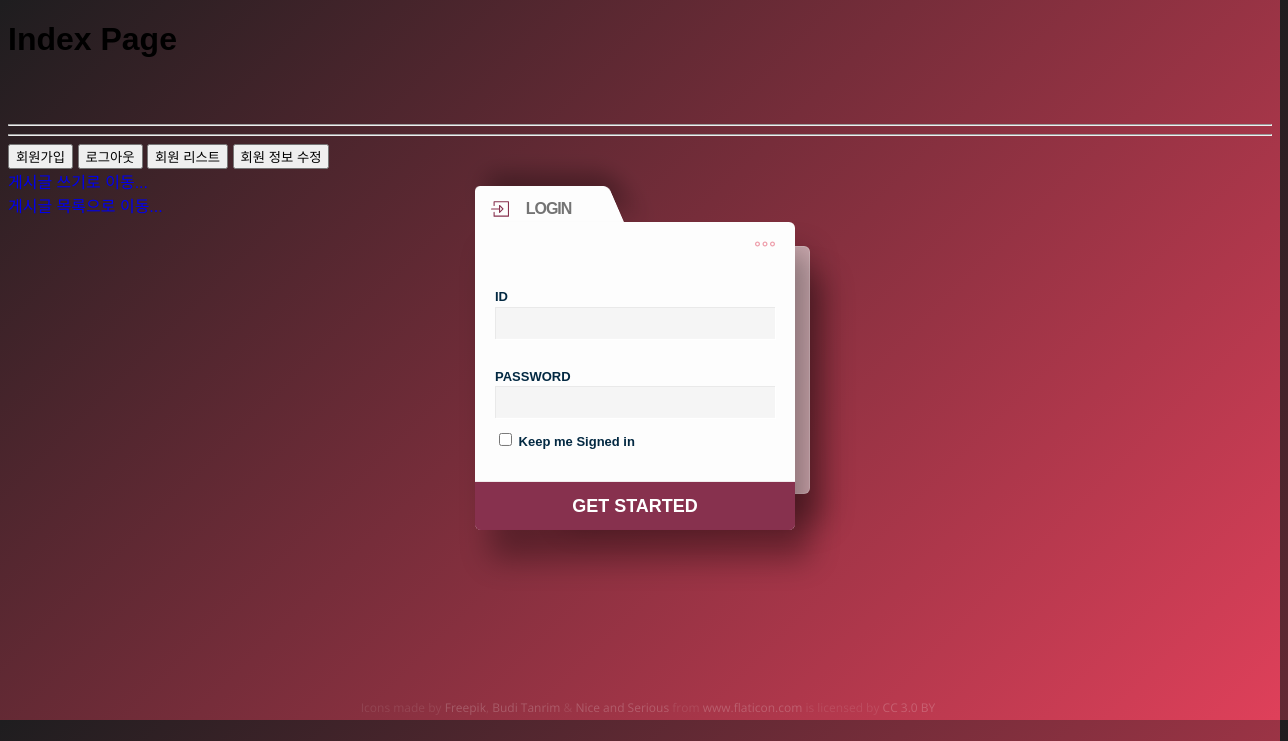
Repository: dfhdfhdfsza/myjsp
Page: http://localhost/_myjsp/
These files come from the project's save history. The page is drawn as it stood at one moment and after the next save; the edit follows.
The browser window is 1280 px wide. The page is 1288 px wide, then 1280 px, so the pictures cover 1288 px, including what lies to the right of the window. The pictures show the whole page.
Some web fonts or font styles are not loaded; a fallback is used. The page is served by Tomcat 9. The template is opened directly, without the code that normally fills it, so the values that code supplies are empty.

Above is the page before, as saved 2023-09-22 12:36:50.
Console error: ReferenceError: $ is not defined

After the next save:
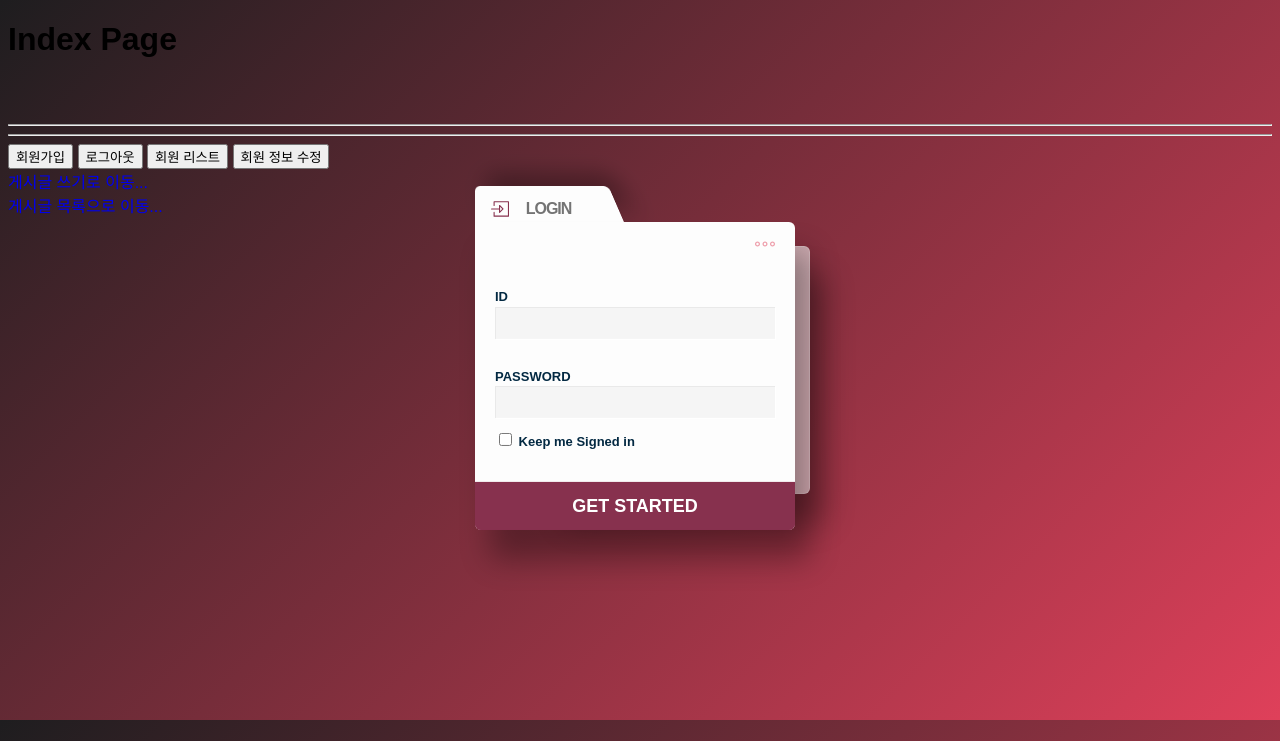
Saved 13 s later.
--- a/_myjsp/src/main/webapp/index.jsp
+++ b/_myjsp/src/main/webapp/index.jsp
@@ -58,16 +58,7 @@
 				</div>
 			</div>
 
-			<div class='icon-credits'>
-				Icons made by <a href="http://www.freepik.com" title="Freepik">Freepik</a>,
-				<a href="http://www.flaticon.com/authors/budi-tanrim"
-					title="Budi Tanrim">Budi Tanrim</a> & <a
-					href="http://www.flaticon.com/authors/nice-and-serious"
-					title="Nice and Serious">Nice and Serious</a> from <a
-					href="http://www.flaticon.com" title="Flaticon">www.flaticon.com</a>
-				is licensed by <a href="http://creativecommons.org/licenses/by/3.0/"
-					title="Creative Commons BY 3.0" target="_blank">CC 3.0 BY</a>
-			</div>
+
 		</form>
 		<br>
 		<hr>
